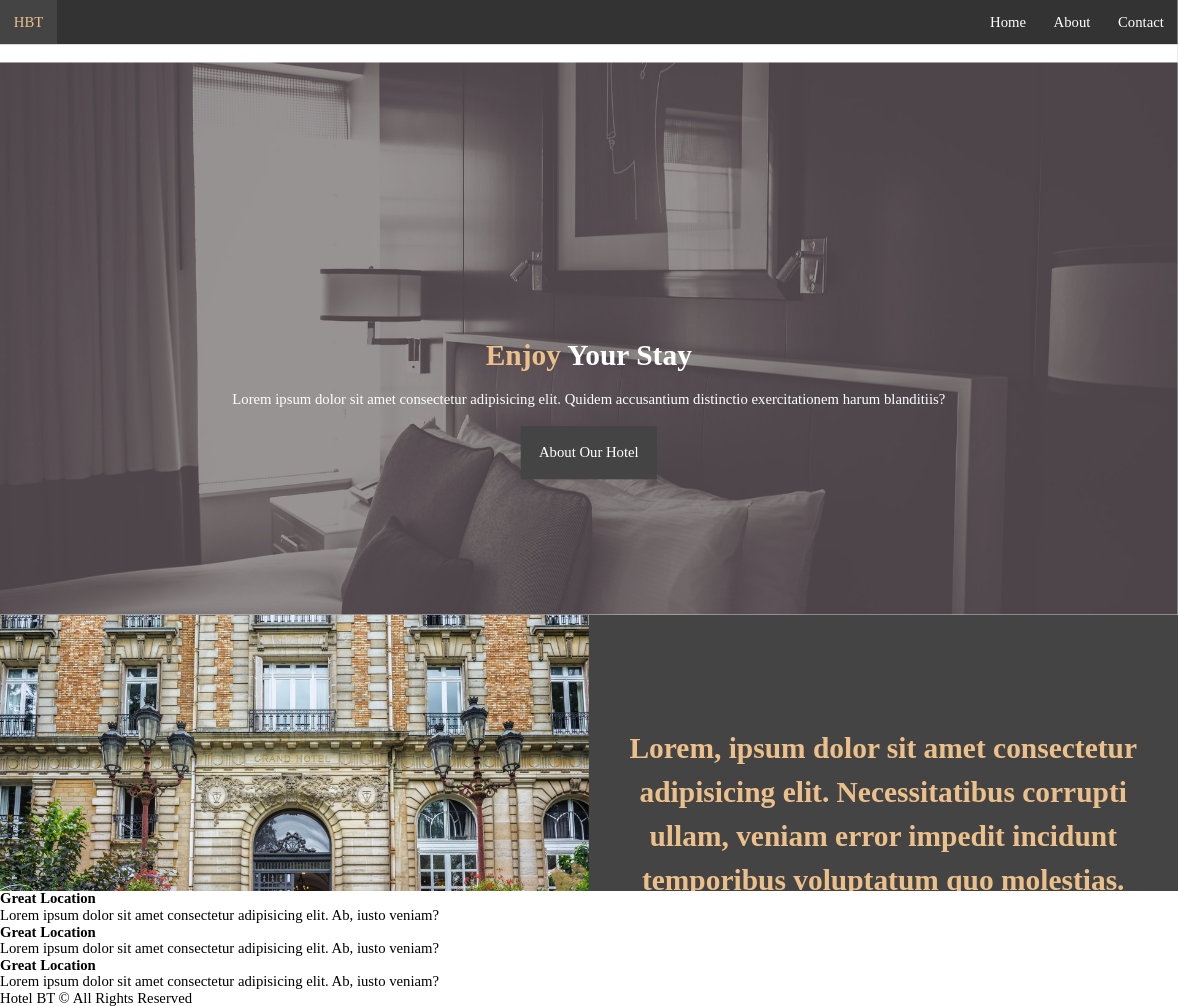
Repository: reemoon-ctrl/hotel-website
Page: 35 - hotel-website/index.html
These files come from the project's save history. The page is drawn as it stood at one moment and after the next save; the edit follows.
The browser window is 1280 px wide. The pictures show the whole page, at 92% of full size.

Above is the page before, as saved 2024-07-21 12:38:24.

After the next save:
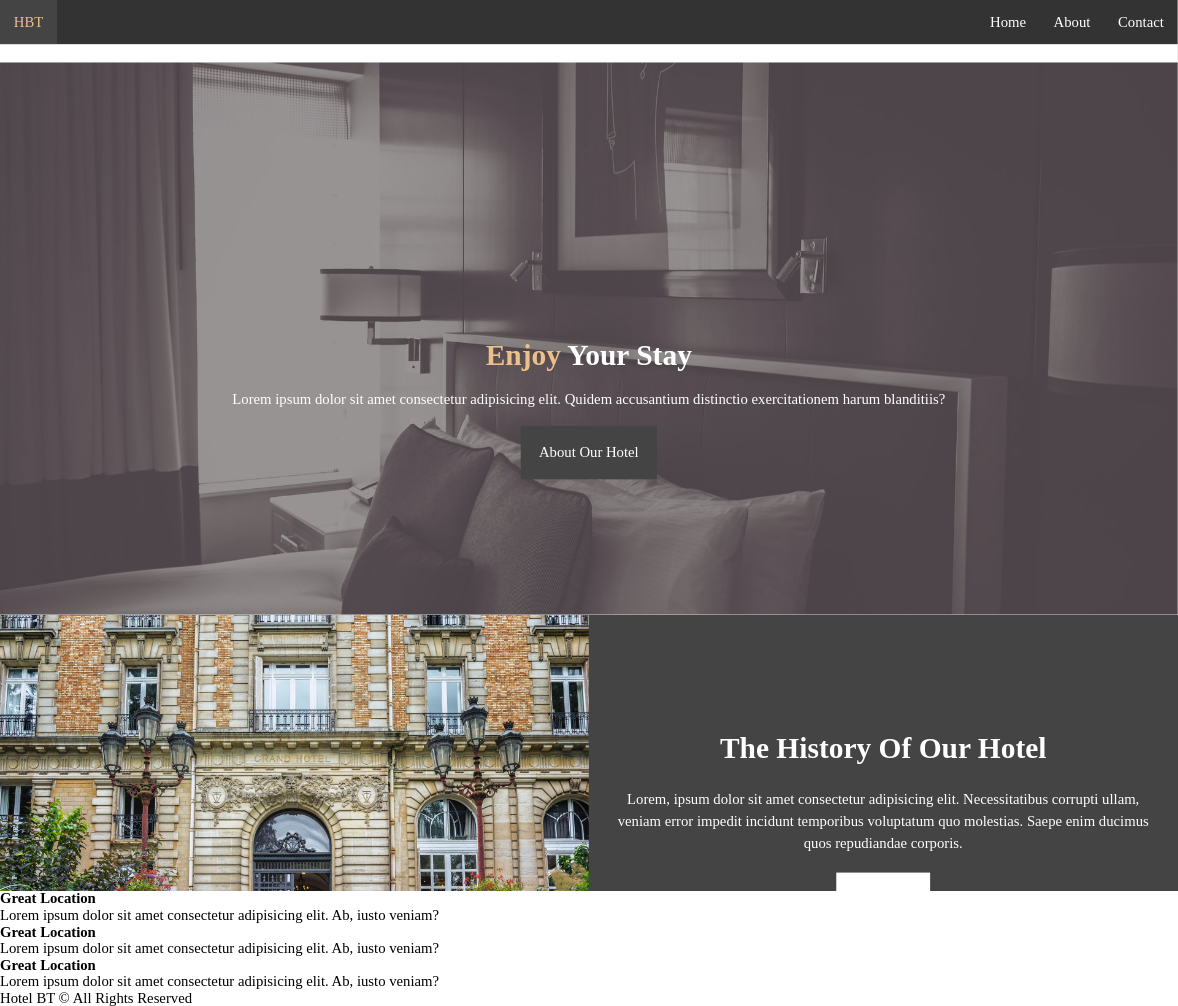
Saved 4 s later.
--- a/35 - hotel-website/index.html
+++ b/35 - hotel-website/index.html
@@ -32,7 +32,7 @@
     <main class="main-content">
         <img class="hotelimg"src="img\photo-1.jpg" alt="hotel-img">
         <div class="hotel-disc">
-            <h3><span class="fword"The History Of Our Hotel</h3>
+            <h3><span class="fword"></span>The History Of Our Hotel</h3>
             <p>Lorem, ipsum dolor sit amet consectetur adipisicing elit. Necessitatibus corrupti ullam, veniam error impedit incidunt temporibus voluptatum quo molestias. Saepe enim ducimus quos repudiandae corporis.</p>
             <a href="">Read More</a>
         </div>
